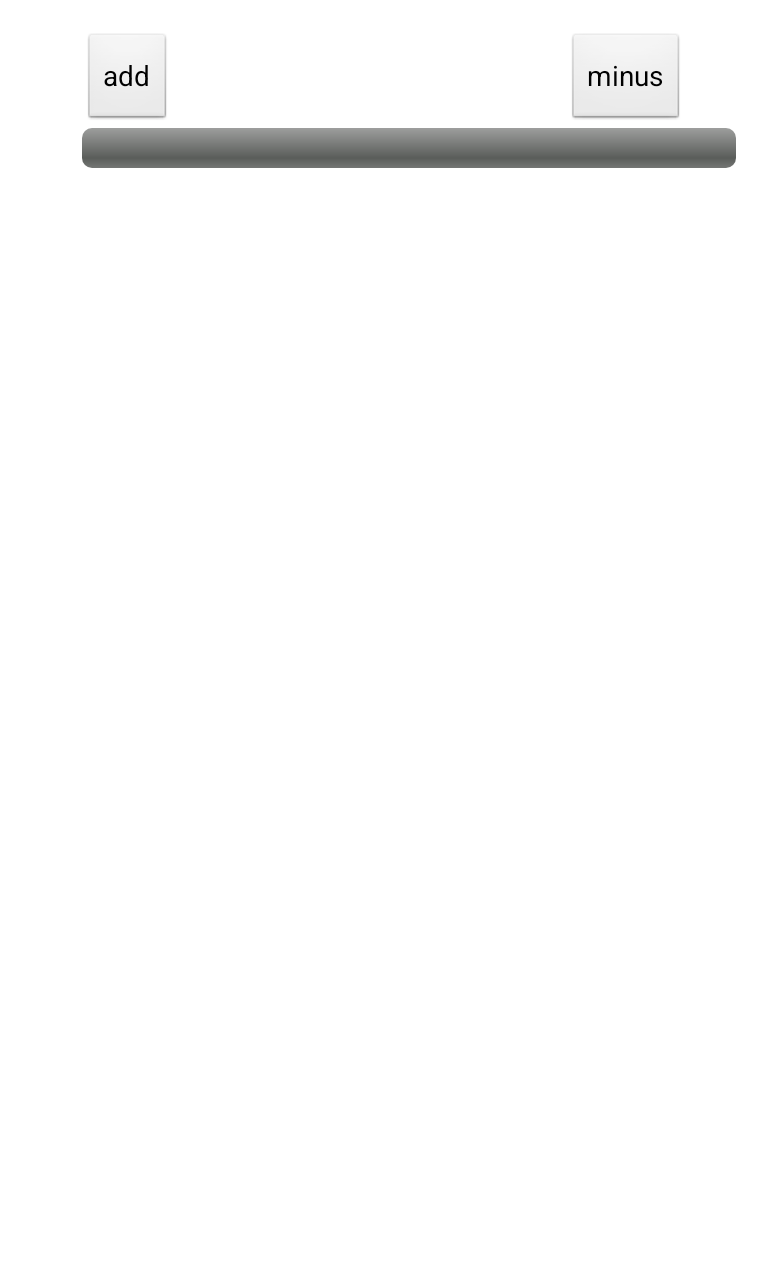
Repository: CrowleyLucky/AndroidLearningNotes
Layout: 16_MultiThreadDownloader/res/layout/activity_main.xml
The author's editor kept a copy of each file at every save. The layout is drawn from the files as they stood at one save, then again after the next save.
It is drawn on a 768 x 1280 px phone screen (xhdpi) without system bars, with theme AppTheme; the app's code is not run.

Above is the layout before, as saved 2014-03-04 04:38:22.

After the next save:
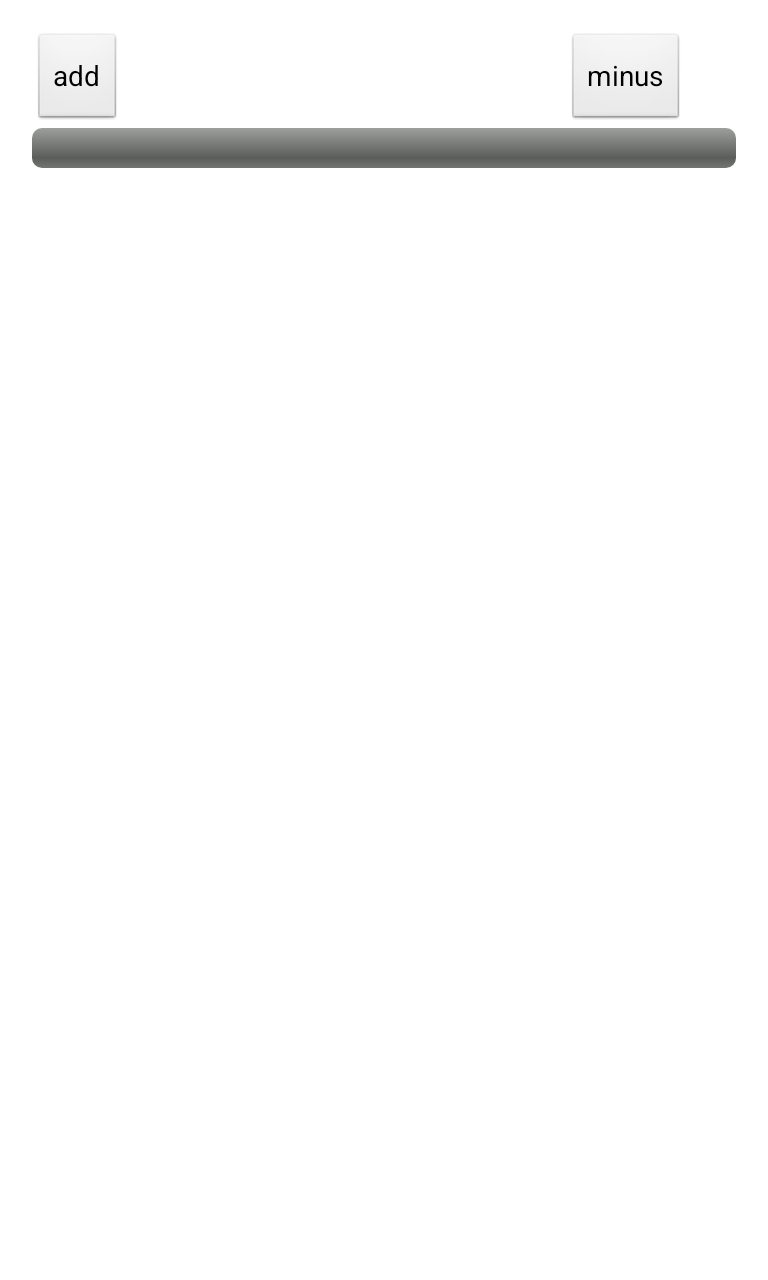
Saved 21 s later.
--- a/16_MultiThreadDownloader/res/layout/activity_main.xml
+++ b/16_MultiThreadDownloader/res/layout/activity_main.xml
@@ -13,7 +13,7 @@
 	    android:layout_width="wrap_content"
 	    android:layout_alignParentLeft="true"
 	    android:text="@string/progress_add"
-	    android:layout_marginLeft="25dp"
+	    android:layout_paddingLeft="25dp"
 	    android:id="@+id/button_add"/>
 	<Button
 	    android:layout_height="wrap_content"
